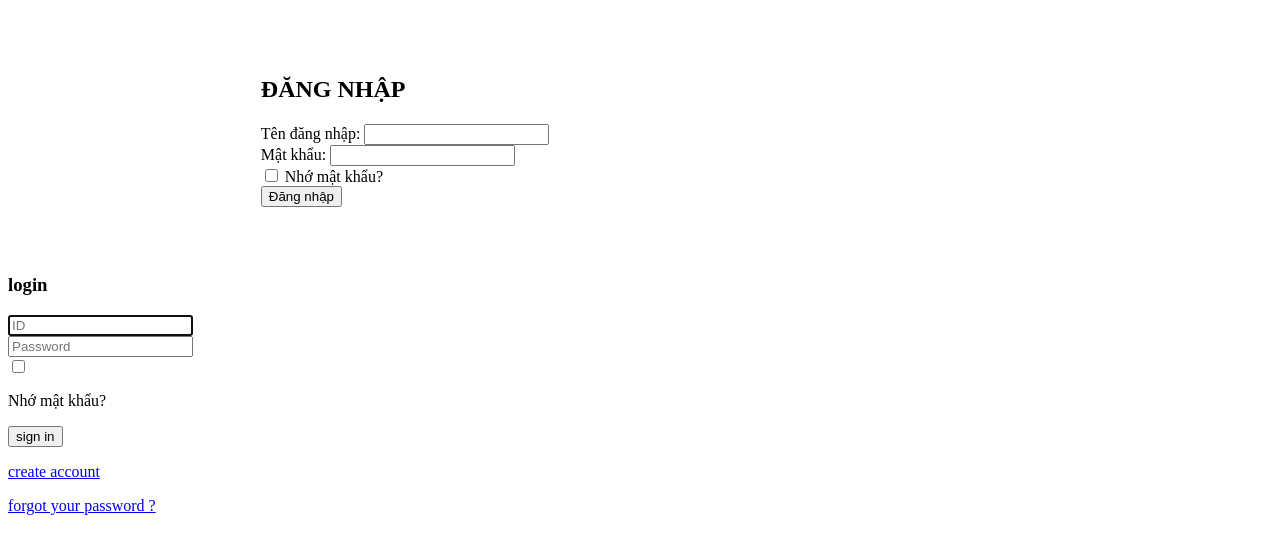
Repository: nguyengiabao245/NHOM3_C2
Page: http://localhost/DoAnJava/WEB-INF/views/account/login.jsp
These files come from the project's save history. The page is drawn as it stood at one moment and after the next save; the edit follows.
The browser window is 1280 px wide. The pictures show the whole page.
The page is served by Tomcat 9. Nobody is signed in. Other server files are loaded and not shown. The template is opened directly, without the code that normally fills it, so the values that code supplies are empty.

Above is the page before, as saved 2022-05-15 10:55:56.

### DoAnJava/src/main/webapp/WEB-INF/views/account/login.jsp
<%@ page pageEncoding="utf-8"%>

<br/>
<div class="container">
	<div class="dang-nhap">
		<h2>ĐĂNG NHẬP</h2>
		<h4  class="label label-danger">${message}</h4>
		<form action="/account/login" method="post">
			<div class="form-group">
				<label>Tên đăng nhập:</label> <input name="id" class="form-control"
					value="${uid}" />
			</div>
			<div class="form-group">
				<label>Mật khẩu:</label> <input name="pw" type="password"
					class="form-control" value="${pwd}" />
			</div>
			<div class="form-group">
				<input name="rm" type="checkbox" /> <label>Nhớ mật khẩu?</label>
			</div>
			<div class="form-group">
				<button class="btn btn-success">Đăng nhập</button>
			</div>
		</form>
	</div>
</div>

<div id="container">
        <div class="userauth">
    <div class="userauth__inner">
    <h4  class="label label-danger">${message}</h4>
        <h3 class="text-center text-uper font-700 fs-30 mgB-45">login</h3>
        <form class="form-horizontal" role="form" method="post" action="/account/login">
            <div class="frm-item">
                <input class="form-control" name="id" value="${uid}" placeholder="ID" required autofocus >
                                    <span class="help-block">
                    </span>
                            </div>
            <div class="frm-item">
                <input class="form-control" name="pw" type="password" value="${pwd}" placeholder="Password"  required>
                            </div>
            <div class="frm-item">
                            <input name="rm" type="checkbox" /> <p>Nhớ mật khẩu?</>
                            </div>
            <div class="frm-item">
                <button type="submit" class="userauth__btn">sign in</button>
            </div>
        </form>
        <div class="text-center mgT-40">
            <p class="font-500 fs-16 text-uper mgB-10 text-decor"><a href="https://www.glab.vn/register">create account</a></p>
            <p class="font-500 fs-16 text-uper text-decor"><a href="https://www.glab.vn/password/forgot">forgot your password ?</a></p>
        </div>
    </div>
</div>
    </div>

<style>
.dang-nhap{
	background-color: white;
	padding: 30px 120px;
	margin: 0 auto;
	width: 60%;
}
</style>

After the next save:
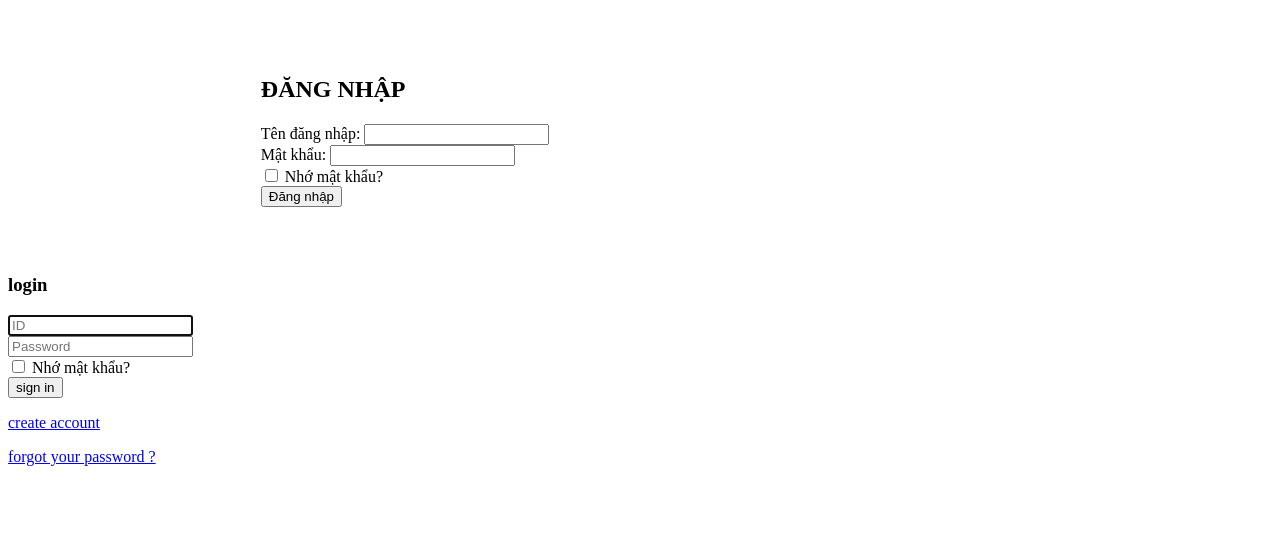
Saved 7 s later.
--- a/DoAnJava/src/main/webapp/WEB-INF/views/account/login.jsp
+++ b/DoAnJava/src/main/webapp/WEB-INF/views/account/login.jsp
@@ -39,7 +39,7 @@
                 <input class="form-control" name="pw" type="password" value="${pwd}" placeholder="Password"  required>
                             </div>
             <div class="frm-item">
-                            <input name="rm" type="checkbox" /> <p>Nhớ mật khẩu?</>
+                            <input name="rm" type="checkbox" /> <label>Nhớ mật khẩu?</label>
                             </div>
             <div class="frm-item">
                 <button type="submit" class="userauth__btn">sign in</button>
